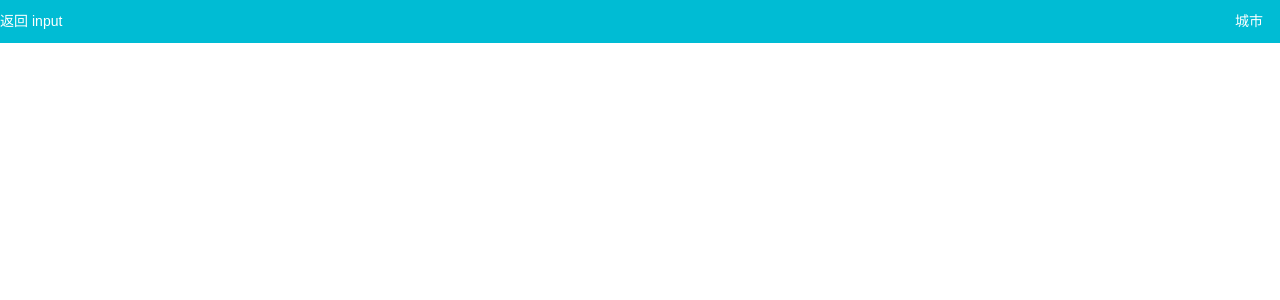
Repository: ruanjiangongcheng250/travel
Page: /
An editor plug-in stored every save of this project. The page is shown before and after the next save, followed by the edit.
The browser window is 1280 px wide. The pictures show the whole page.
The project was rebuilt for these pictures with package versions that can differ from the ones it lists, and the page was loaded fresh each time. Also part of the build but not shown: src/assets/styles/border.css.

Above is the page before, as saved 2019-06-12 10:39:52.

After the next save:
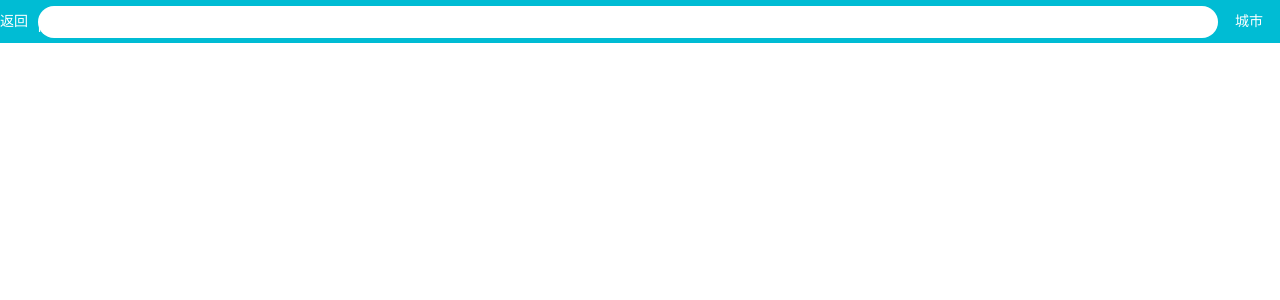
Saved 77 s later.
--- a/src/pages/home/components/HomeHeader.vue
+++ b/src/pages/home/components/HomeHeader.vue
@@ -22,7 +22,13 @@ export default {
       width: .64rem;
       float: left;
     .header-input
-      flex: 1
+      flex: 1;
+      height: .64rem;
+      margin-left: .12rem;
+      background: #fff;
+      border-radius: 1rem;
+      margin-top: .12rem;
+
     .header-right
       width: 1.24rem;
       float: right;
